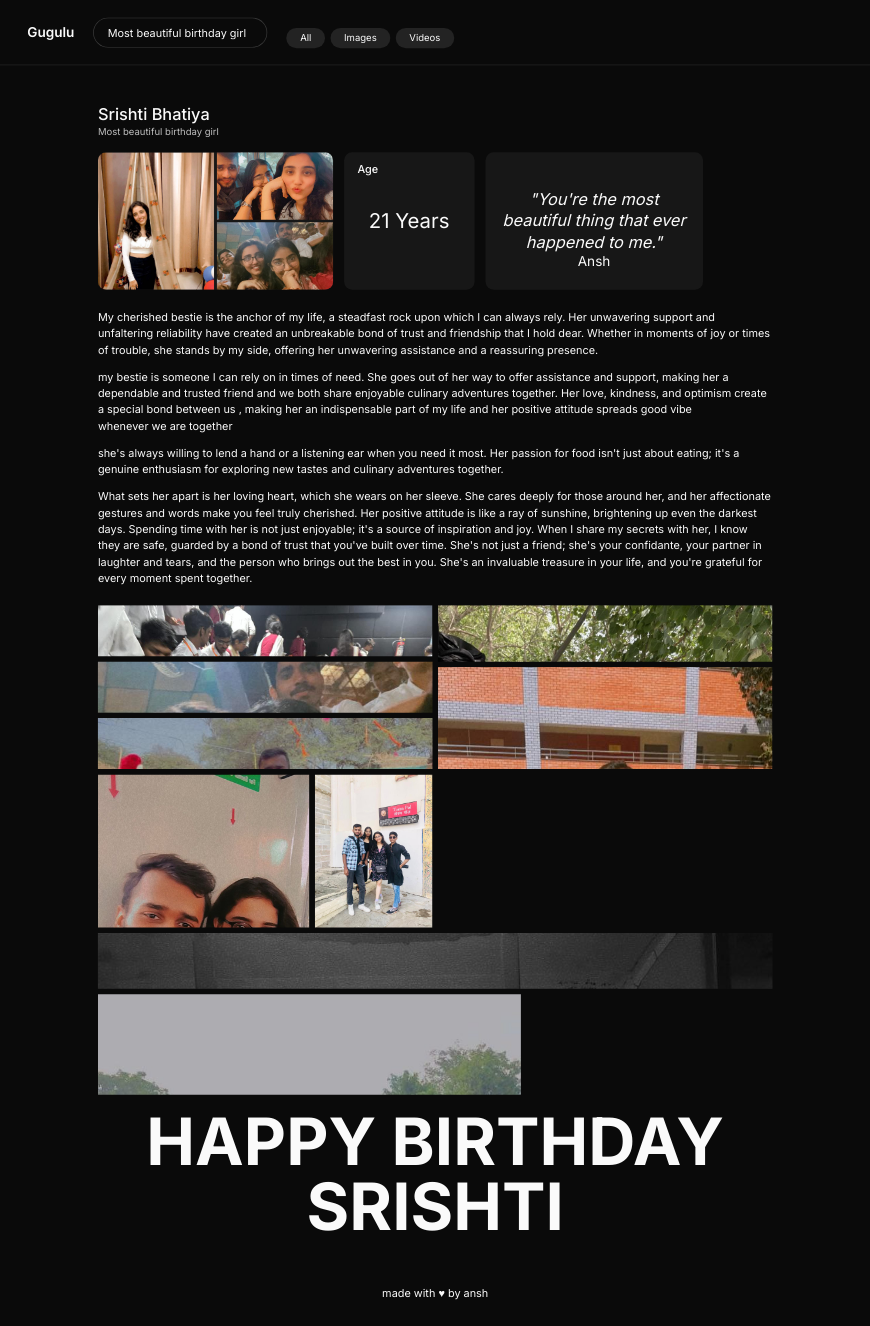
Repository: Harshgoel17/anshfinal
Page: /srishti
The author's editor kept a copy of each file at every save. The page is drawn from the files as they stood at one save, then again after the next save.
The browser window is 1280 px wide. The pictures show the whole page, at 68% of full size.
The project was rebuilt for these pictures with package versions that can differ from the ones it lists, and the page was loaded fresh each time. The framework's server and built-in components were replaced by stand-ins that run in the browser. Also part of the build but not shown: next.config.js, lib/utils.js, components/ui/button.jsx.

Above is the page before, as saved 2023-10-06 18:20:41.

After the next save:
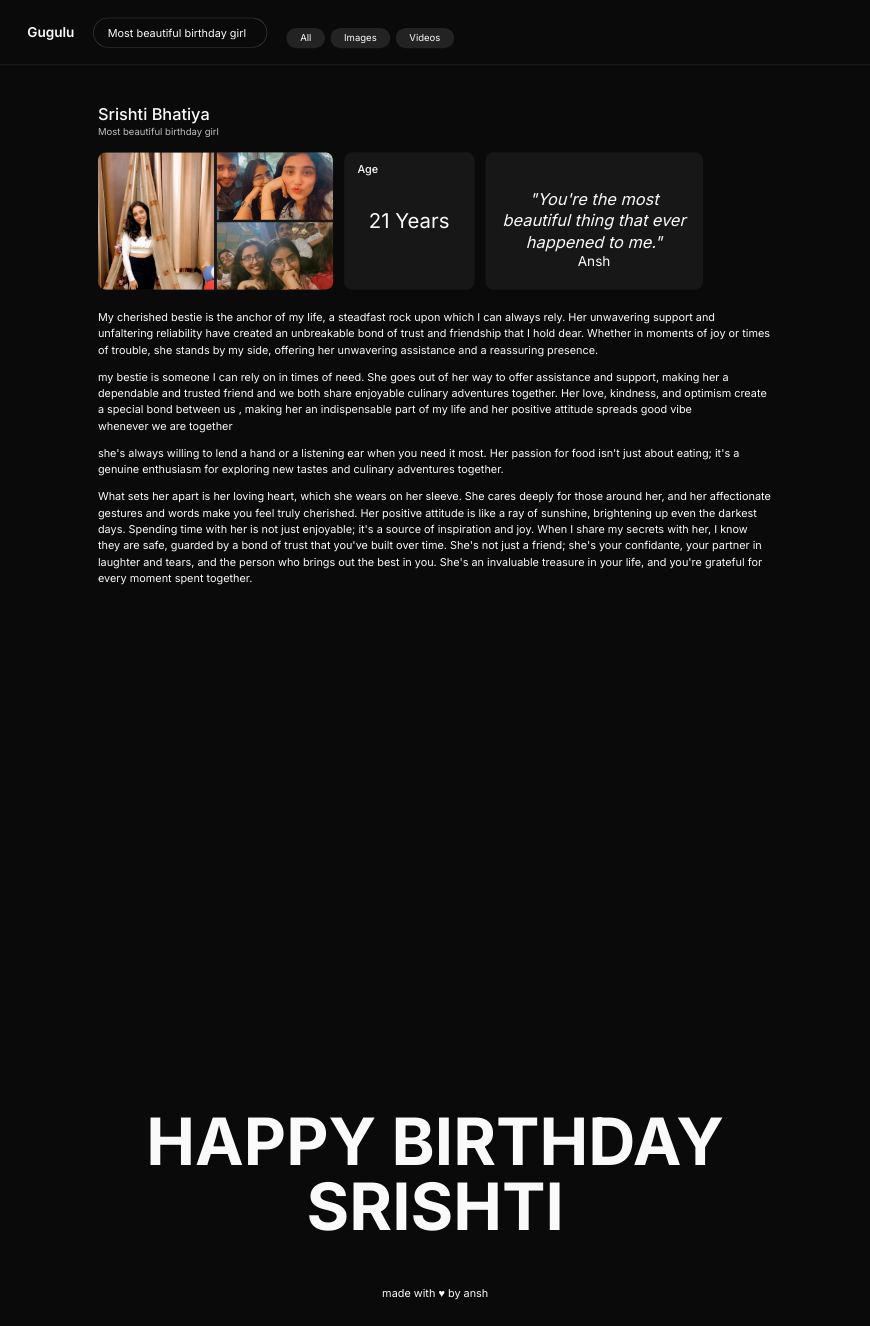
Saved 15 s later.
--- a/components/Gallery.jsx
+++ b/components/Gallery.jsx
@@ -5,51 +5,7 @@ import React from 'react'
 const Gallery = () => {
   return (
     <div className='h-[100vh] max-h-[100vh] flex flex-col gap-2'>
-        <div className='grid grid-cols-2 gap-2 h-full  w-full flex-[2]  '>
-            <div className='flex flex-col h-full w-full  gap-2'>
-                <span className=' w-full h-full relative overflow-hidden'>
-                    <img src="/images/34.jpg" alt="" className='absolute'/>
-                </span>
-                <span className=' w-full h-full relative overflow-hidden'>
-                    <img src="/images/33.jpg" alt="" className='absolute scale-[1.6]'/>
-                </span>
-                <span className=' w-full h-full relative overflow-hidden'>
-                    <img src="/images/25.jpg" alt="" className='absolute scale-[1.7]'/>
-                </span>
-            </div>
 
-            <div className='flex flex-col h-full w-full  gap-2'>
-                <span className=' w-full h-full flex-1 relative overflow-hidden'>
-                    <img src="/images/79.jpg" alt="" className='absolute '/>
-                </span>
-
-                <span className=' w-full h-full flex-[1.8] relative overflow-hidden'>
-                    <img src="/images/50.jpg" alt="" className='absolute '/>
-                </span>
-            </div>
-
-            <div className='flex h-full w-full  gap-2'>
-                <span className=' w-full h-full flex-[1.8] relative overflow-hidden'>
-                    <img src="/images/89.jpg" alt="" className='absolute '/>
-                </span>
-                <span className=' w-full h-full flex-1 relative overflow-hidden'>
-                    <img src="/images/36.jpg" alt="" className='absolute '/>
-                </span>
-
-            </div>
-
-
-        </div>
-
-        <div className='flex h-full flex-col w-full flex-1 gap-2  '>
-            <span className=' w-full h-full flex-1 relative overflow-hidden'>
-                    <img src="/images/13.jpg" alt="" className='absolute scale-[1.13]'/>
-                </span>
-
-                <span className=' w-full h-full flex-[1.8] relative overflow-hidden'>
-                    <img src="/images/38.jpg" alt="" className='absolute translate-y-[-230px]'/>
-                </span>
-        </div>
     </div>
   )
 }
